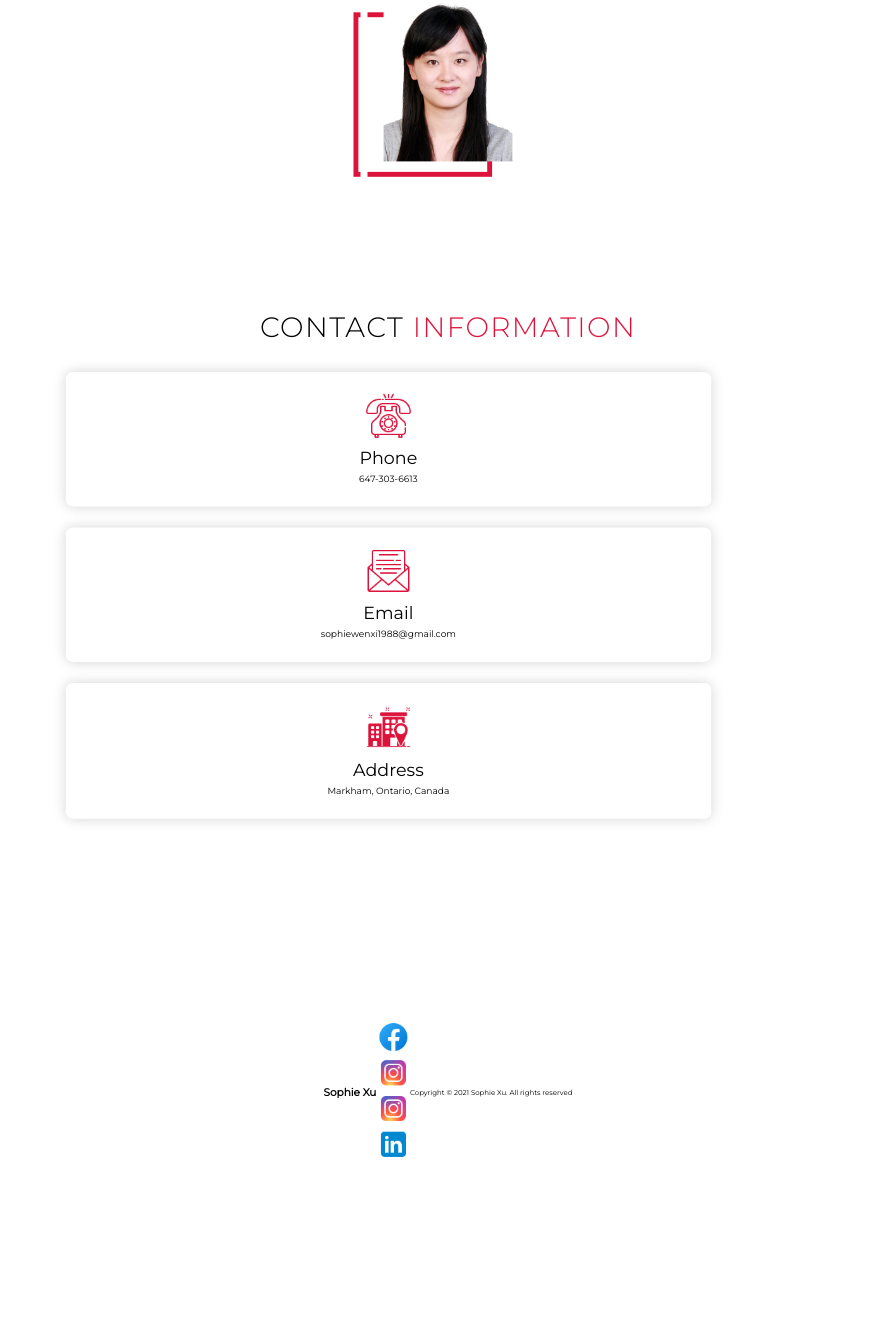
Repository: wenxi0504/StaticWebsite_Profolio
Page: index.html
An editor plug-in stored every save of this project. The page is shown before and after the next save, followed by the edit.
The browser window is 1280 px wide. The pictures show the part of the page from y = 2621 to 4541 px (the page is 4541 px tall), at 70% of full size.

Above is the page before, as saved 2022-03-05 00:06:51.

### index.html
<!DOCTYPE html>
<html lang="en">
  <head>
    <meta charset="UTF-8" />
    <meta http-equiv="X-UA-Compatible" content="IE=edge" />
    <meta name="viewport" content="width=device-width, initial-scale=1.0" />
    <link rel="stylesheet" href="style.css" />
    <title>Portfolio</title>
  </head>
  <body>
    <!-- Introduction Section -->
    <section id="myIntro">
      <div class="myIntro container">
        <div class="card">
          <h1>Hello, everyone <span></span></h1>
          <h1>My name is Sophie <span></span></h1>
          <a href="#" type="button" class="cta">Portfolio</a>
        </div>
      </div>
    </section>
    <!-- End Introduction Section -->
    <!-- Projects Section -->
    <section id="projects">
      <div class="projects container">
        <div class="projects-header">
          <h1 class="section-title">Academic <span>Projects</span></h1>
        </div>
        <div class="all-projects">
          <div class="project-item">
            <div class="project-info">
              <h1>MyEvent</h1>
              <h2>Full-Stack Website</h2>
              <p>* Created web application to find and promote social events in Ontario.</p>
               <p> * Using HTML, CSS, JavaScript, Bootstrap, Figma, NodeJS and MongoDB.</p>
                <p >* Link: <a class="project-link" href="http://me-myevent.herokuapp.com">http://me-myevent.herokuapp.com</a> </p>

            </div>
            <div class="project-img">
              <img src="./images/MyEventCover1.jpg" alt="MyEventImg">
            </div>
          </div>
          <div class="project-item">
            <div class="project-info">
              <h1>Polar Eclipse Survey </h1>
              <h2>Full-Stack Website</h2>
              <p>* Developed a website where users can create and implement custom surveys for front-end and back-end development. </p>
               <p>* Using HTML, CSS, TypeScript, NodeJS and MongoDB.</p>
               <p>* Link: <a class="project-link" href="http://polar-eclipes-survey-site.herokuapp.com">http://polar-eclipes-survey-site.herokuapp.com</a></p>

            </div>
            <div class="project-img">
              <img src="./images/EclipseSurvey.jpg" alt="SurveyImg">
            </div>
          </div>
          <div class="project-item">
            <div class="project-info">
              <h1>My Portfolio (React)</h1>
              <h2>Static Website</h2>
              <p>xxxxxxxxxxxxxx</p>
            </div>
            <div class="project-img">
              <img src="./images/MyPortfolioReact.jpg" alt="MyPortfolioReactImg">
            </div>
          </div>
        </div>
      </div>
    </section>
    <!-- End  Projects Section -->

    <!-- About Me Section -->
    <section id="about">
      <div class="about container">
        <div class="col-left">
          <div class="about-img">
            <img src="./images/3.identical photos_副本.jpg" alt="sophieImg">
          </div>
        </div>
        <div class="col-right">
          <h1 class="section-title">About <span>me</span></h1>
         <h2> <span></span> Web Developer | Front End Developer</h2>
        <p> Hi, everyone. My name is Sophie. Recently, I graduated with Software Engineering Technician Diploma Program at Centennial college. During my educational training at Centennial college, I completed several programming languages and web development application courses through which I gained extensive knowledge in C#, Java, Python, JavaScript, NodeJS and SQL. </p>
        <P>As to academic projects, I contributed to the development of two full-stack web applications. My role was to provide back-end support and was responsible for managing the database and conducting unit testing utilizing automation testing tools, which allowed our team to accomplish app functionality. Additionally, I successfully developed front-end web applications using technologies such as bootstrap and REACT, demonstrating proficiency in web interface design. </p>
         <p> Moreover, I have consistently met the challenges presented in this field with over four years of experience as an IT project coordinator. My attention to detail, organizational skills and strong communication abilities have allowed me to lead software development teams and ensure the success of each project assigned to me. While performing this role, I successfully managed over a dozen small-scale projects independently and collaborated in managing national-level projects valued at 20 million dollars. </p>
         <img  class="downloadImg" src="./images/icons8-arrow-48.png" alt="downloaded"><a href="#" class="cta" > Download Resume</a>
        </div>
      </div>
    </section>
    <!-- End About Me Section -->
    <!-- Contact Section -->
    <section id="contact">
      <div class="contact container">
        <div>
          <h1 class="section-title">Contact <span>Information</span></h1>
        </div>
        <div class="contact-items">
          <div class="contact-item">
            <div class="icon"><img src="./images/icons8-phone-64.png "/></div>
            <div class="contact-info">
              <h1>Phone</h1>
              <h2>647-303-6613 </h2>
          </div>
          </div>
          <div class="contact-item">
            <div class="icon">
              <img src="./images/icons8-email-64.png" alt="sEmail">
            </div>
          <div class="contact-info">
            <h1>Email</h1>
            <h2>sophiewenxi1988@gmail.com</h2>
          </div>
          </div>
          <div class="contact-item">
            <div class="icon"><img src="./images/icons8-address-66.png" /></div>
            <div class="contact-info">
              <h1>Address</h1>
              <h2>Markham, Ontario, Canada </h2>
          </div>
          </div>
        </div>
      </div>
    </section>
    <!-- End Contact Section -->
  <!-- Footer Section -->
  <section id="footer">
    <div class="footer container">
      <div class="brand">
        <h1><span>S</span>ophie <span>X</span>u</h1>
      </div>
      <div class="social-icon">
        <div class="social-item">
          <a href="#"><img src="./images/icons8-facebook-48.png" /></a>
        </div>
        <div class="social-item">
          <a href="#"><img src="./images/icons8-instagram-48.png" /></a>
        </div>
        <div class="social-item">
          <a href="#"><img src="./images/icons8-instagram-48.png" /></a>
        </div>
        <div class="social-item">
          <a href="#"><img src="./images/icons8-linkedin-48.png" /></a>
        </div>
      </div>
      <p>Copyright © 2021 Sophie Xu. All rights reserved</p>
    </div>
  </section>
  <!-- End Footer Section -->
  </body>
</html>

### style.css
/* import custom font from GoogleFonts */
@import "https://fonts.googleapis.com/css?family=Montserrat:300, 400, 700&display=swap";
* {
  margin: 0px;
  padding: 0px;
  box-sizing: border-box;
}

html {
  font-size: 10px;
  font-family: "Montserrat", sans-serif;
}

a {
  text-decoration: none;
}

.container {
  min-height: 100vh;
  width: 100%;
  display: flex;
  align-items: center;
  justify-content: center;
}

/* myIntro section */
#myIntro {
  background-image: url(./images/ProfolioBackground.jpg);
  background-size: cover;
  background-position: top center;
  position: relative;
  z-index: 0;

}

/* background blurring */
#myIntro ::after {
  content: '';
  position: absolute;
  left: 0px;
  top: 0px;
  height: 100%;
  width: 100%;
  background-color:black;
  opacity: 10%;
  z-index: -1;
}

/* setup the max-width window */
#myIntro .myIntro{
max-width: 1200px;
margin: 0 auto;
padding: 0 50px;
justify-content: center;
}



#myIntro h1 {
  display: block;
  width: fit-content;
  font-size: 4rem;
  color: white;
  /* animation: text_reveal 0.5s ease forwards;
  animation-delay: 1s; */


}

/* #myIntro h1:nth-child(1){

  animation-delay:1s;
}

#myIntro h1:nth-child(2){

  animation-delay:2s;
}

#myIntro h1 span{
position: absolute;
top:0;
left:0;
height: 100%;
width: 0;
background-color:crimson;
animation: text_reveal_box 1s ease;
animation-delay:0.5s

}

#myIntro h1:nth-child(1) span {
	animation-delay: 0.5s;
}
#myIntro h1:nth-child(2) span {
	animation-delay: 1.5s;
} */

.cta {
  display: inline-block;
  padding: 1rem 1rem;
  color: white;
  background-color: transparent;
  border: 2px solid crimson;
  border-radius: 10px;
  font-size: 2rem;
  text-transform: uppercase;
  letter-spacing: 0.1rem;
  margin-top: 30px;
  transition: 0.3s ease;
  transition-property: background-color;
}

.cta:hover {
  background-color: crimson;

}

/* end myIntro section */

/* keyframes */
/* @keyframes text_reveal_box {
	50% {
		width: 100%;
		left: 0;
	}
	100% {
		width: 0;
		left: 100%;
	}
}
@keyframes text_reveal {
	100% {
		color: white;
	}
} */

/* Project Section */
.section-title {
	font-size: 4rem;
	font-weight: 300;
	color: black;
	margin-bottom: 10px;
	text-transform: uppercase;
	letter-spacing: 0.2rem;
	text-align: center;
}
.section-title span {
	color: crimson;
}

#projects .projects{
  flex-direction: column;
  max-width: 1200px;
  margin: 0,auto;
  padding: 100px 0;

}

#projects .projects-header h1{
  margin-bottom: 50px;
}

#projects .all-projects{
  display:flex;
  flex-direction: column;
  justify-content: center;
  align-items:center;
}

#projects .project-item{
  display: flex;
  /* flex-direction: column; */
  justify-content: center;
  align-items:center;
  width:100%;
  height:302px;
  margin: 20px auto;
  overflow: hidden;
}

#projects .project-info{
  display: flex;
  flex-direction: column;
  justify-content: center;
  align-items:flex-start;
  padding: 20px;
  flex-basis: 50%;
  width: 400px;
  height: 300px;
  background-image:linear-gradient(60deg,#29323c, 0%, #485563 100%);
  color:white;

  border-top-left-radius: 10px;
  border-bottom-left-radius:10px;
}

#projects .project-info h1 {

	font-size: 3rem;
	font-weight: 800;
}
#projects .project-info h2 {
	font-size: 1.8rem;
	font-weight: 500;
	margin-top: 10px;
}
#projects .project-info p {
	color: white;
  font-size: 1.2rem;
  padding-top: 5px;
  margin-top: 5px;
  line-height: 25px;
}
#projects .project-info .project-link{
  color:white;
}

#projects .project-img {
	flex-basis: 50%;
  width:400px;
	height: 300px;
	overflow: hidden;
	position: relative;
  border-top-right-radius: 10px;
  border-bottom-right-radius:10px;
}

#projects .project-img img{
  width:100%;
  height: 100%;
  transition: 0.3s ease transform;
}

#projects .project-item:hover .project-img img {
	transform: scale(1.1);
}

/* #projects .project-img:after {
	content: '';
	position: absolute;
	left: 0;
	top: 0;
	height: 100%;
	width: 100%;
	background-image: linear-gradient(60deg, #29323c 0%, #485563 100%);
	opacity: 0.7;
}
#projects .project-img img {
	transition: 0.3s ease transform;
}
*/
/* About Section */
#about .about{
  flex-direction:column-reverse;
  text-align:center;
  max-width:1200px;
  margin: 0 auto;
  padding:100px 20px;
}

/* SophieImg */
 #about .col-left{
  width:250px;
  height:360px;
}

#about .col-right {
	width: 100%;
}

#about .col-right h2 {
	font-size: 1.8rem;
	font-weight: 500;
	letter-spacing: 0.2rem;
	margin-bottom: 10px;
}

#about .col-right p {
  font-size: 1.3rem;
  text-align: justify;
  text-indent:5em;
  line-height: 2rem;
	margin-bottom: 20px;
}

#about .col-right .cta{
  color:black;
  margin-bottom: 50px;
  padding: 10px 20px;
  font-size: 2rem;
}

#about .col-right .cta:hover{
  color:white;

}

#about .col-right .downloadImg{
  position: relative;
  top:15px;
  right: 10px
}

#about .col-left .about-img{
  height: 100%;
  width: 100%;
  position: relative;
  border:10px solid white;
}
#about .col-left .about-img img{
  height: 70%;
  width: 80%;
}

#about .col-left .about-img::after{
  content:'';
  position: absolute;
  left:-20px;
  top:25px;
  height: 65%;
  width:80%;
  border:7px solid crimson;
  z-index: -1;
}
/* End About Section */
/* Contact Section */
#contact .contact{
  flex-direction: column;
  max-width: 1200px;
  margin:0 auto;
  width:90%
}

#contact .contact-items{
  width:100%
}

#contact .contact-item{
  width:80%;
  padding: 20px;
  text-align: center;
  border-radius:10px;
  padding: 30px;
  margin:30px;
  display: flex;
  justify-content: center;
  align-items:center;
  flex-direction: column;
  box-shadow: 0px 0px 18px 0 #0000002c;
  transition: 0.3s ease box-shadow;
}
#contact .contact-item:hover{
  box-shadow: 0px 0px 5px 0 #0000002c;
}

#contact .icon {
	width: 70px;
	margin: 0 auto;
	margin-bottom: 10px;
}
#contact .contact-info h1 {
	font-size: 2.5rem;
	font-weight: 500;
	margin-bottom: 5px;
}
#contact .contact-info h2 {
	font-size: 1.3rem;
	line-height: 2rem;
	font-weight: 500;
}

/* End Contact Section */

After the next save:
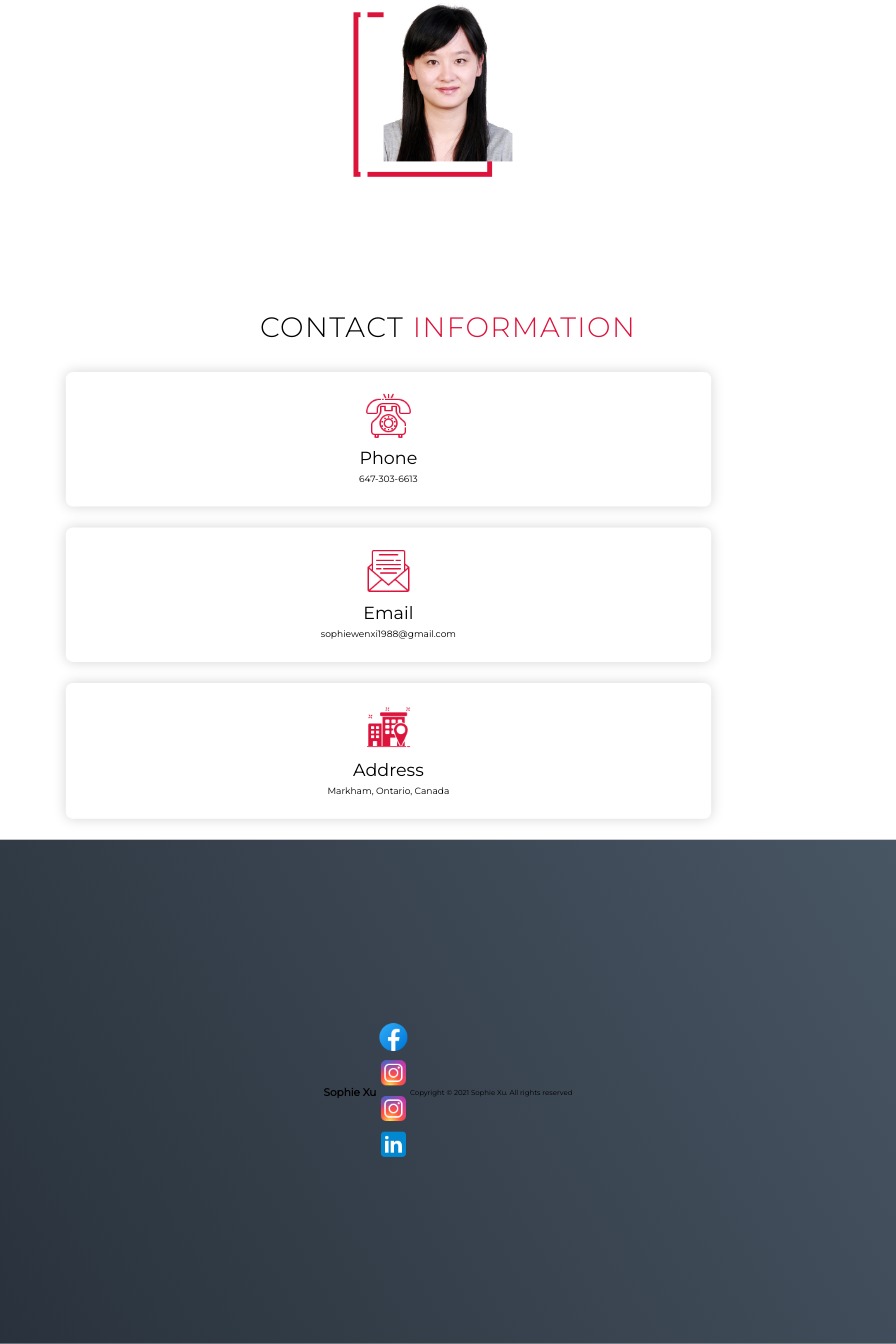
Saved 110 s later.
--- a/style.css
+++ b/style.css
@@ -371,3 +371,9 @@ animation-delay:0.5s
 }
 
 /* End Contact Section */
+
+/* Footer Section */
+#footer{
+  background-image:linear-gradient(60deg, #29323c 0%, #485563 100%)
+}
+/* End Footer Section */
